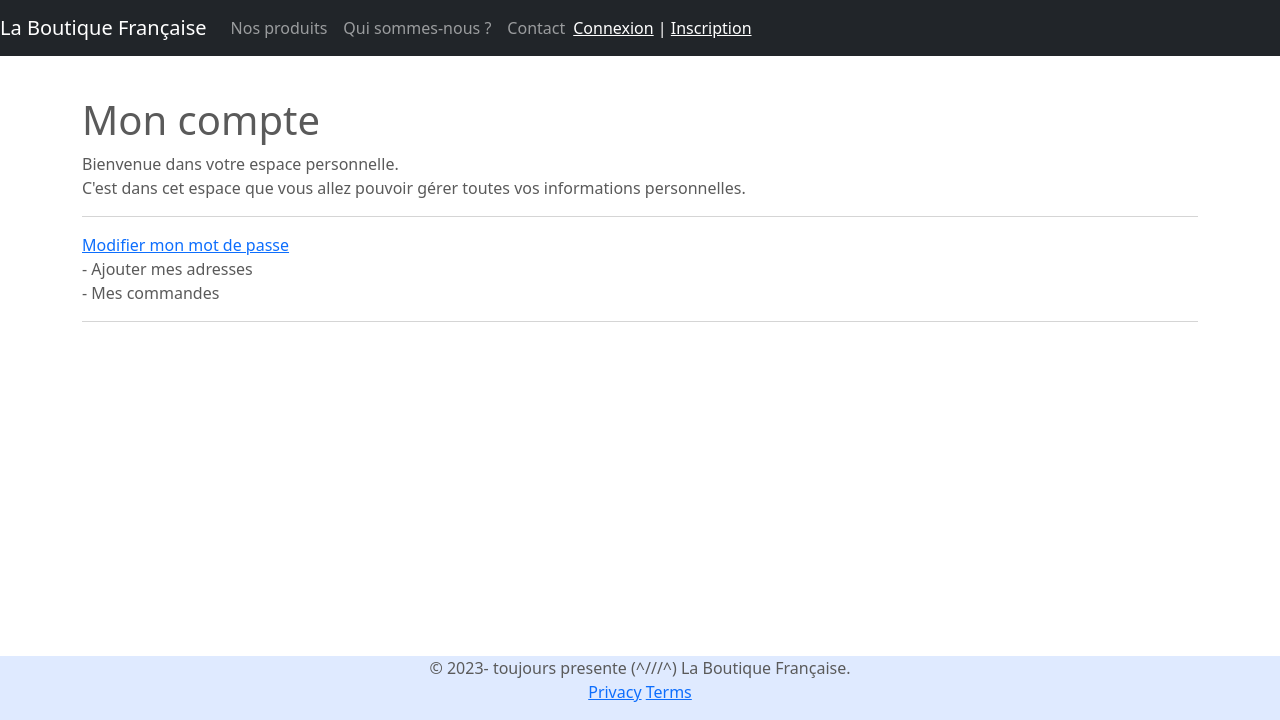
Repository: Coulibaly00180/laboutiquefrancaise
Page: templates/account/index.html.twig
These files come from the project's save history. The page is drawn as it stood at one moment and after the next save; the edit follows.
The browser window is 1280 px wide. The pictures show the whole page.
The page is a Twig template of a Symfony application; nobody is signed in and links lead nowhere. The template is opened directly, without the code that normally fills it, so the values that code supplies are empty.

Above is the page before, as saved 2023-03-03 17:54:43.

### templates/account/index.html.twig
{% extends 'base.html.twig' %}

{% block title %}Mon compte - La Boutique Française{% endblock %}

{% block content %}
    <h1>Mon compte</h1>
    Bienvenue {{ app.user.firstName}} dans votre espace personnelle. <br>
    C'est dans cet espace que vous allez pouvoir gérer toutes vos informations personnelles.<br>
    <hr>
    <a href="{{ path('app_account_password') }}">Modifier mon mot de passe</a> <br>
    -   Ajouter mes adresses<br>
    -   Mes commandes<br>
    <hr>
{% endblock %}

### templates/base.html.twig
<!doctype html>
<html lang="fr">
<head>
    <meta charset="utf-8">
    <meta name="viewport" content="width=device-width, initial-scale=1, shrink-to-fit=no">
    <meta name="description" content="">
    <meta name="author" content="Coulibaly Abdoulaye Christian">
    <meta name="generator" content="Jekyll v4.1.1">
    <title>{% block title %}La Boutique Française - 100% Made in French{% endblock %}</title>

    <!-- Bootstrap core CSS -->
    <link href="{{ asset('assets/css/bootstrap.min.css') }}" rel="stylesheet">
    <link href="{{ asset('assets/css/style.css') }}" rel="stylesheet">

    <style>
        .bd-placeholder-img {
            font-size: 1.125rem;
            text-anchor: middle;
            -webkit-user-select: none;
            -moz-user-select: none;
            -ms-user-select: none;
            user-select: none;
        }

        @media (min-width: 768px) {
            .bd-placeholder-img-lg {
                font-size: 3.5rem;
            }
        }
    </style>
    <!-- Custom styles for this template -->
    <link href="{{ asset('assets/css/carousel.css') }}" rel="stylesheet">
</head>
<body>
    <header>
        <nav class="navbar navbar-expand-md navbar-dark fixed-top bg-dark">
            <a class="navbar-brand" href="{{path('app_home') }}">La Boutique Française</a>
            <button class="navbar-toggler" type="button" data-toggle="collapse" data-target="#navbarCollapse" aria-controls="navbarCollapse" aria-expanded="false" aria-label="Toggle navigation">
                <span class="navbar-toggler-icon"></span>
            </button>
            <div class="collapse navbar-collapse" id="navbarCollapse">
                <ul class="navbar-nav mr-auto">
                    <li class="nav-item active">
                        <a class="nav-link" href="#">Nos produits</a>
                    </li>
                    <li class="nav-item">
                        <a class="nav-link" href="#">Qui sommes-nous ?</a>
                    </li>
                    <li class="nav-item">
                        <a class="nav-link" href="#">Contact</a>
                    </li>
                </ul>

                <div class="navbar-item-custom">
                    {% if app.user %}
                        <a href=" {{path('app_account') }}">Mon compte <small>( {{app.user.lastName}} )</small></a> | <a href=" {{ path('app_logout') }}">Déconnexion</a>
                    {% else %}
                        <a href=" {{ path('app_login') }}">Connexion</a> | <a href="{{ path('app_register') }}">Inscription</a>
                    {% endif %}
                </div>

            </div>
        </nav>
    </header>

    <main role="main">

        {% if block('carousel') is defined %}

        <div id="myCarousel" class="carousel slide" data-ride="carousel">
            <ol class="carousel-indicators">
                <li data-target="#myCarousel" data-slide-to="0" class="active"></li>
                <li data-target="#myCarousel" data-slide-to="1"></li>
                <li data-target="#myCarousel" data-slide-to="2"></li>
            </ol>
            <div class="carousel-inner">
                <div class="carousel-item active">
                    <svg class="bd-placeholder-img" width="100%" height="100%" xmlns="http://www.w3.org/2000/svg" preserveAspectRatio="xMidYMid slice" focusable="false" role="img"><rect width="100%" height="100%" fill="#777"/></svg>
                    <div class="container">
                        <div class="carousel-caption text-left">
                            <h1>Example headline.</h1>
                            <p>Cras justo odio, dapibus ac facilisis in, egestas eget quam. Donec id elit non mi porta gravida at eget metus. Nullam id dolor id nibh ultricies vehicula ut id elit.</p>
                            <p><a class="btn btn-lg btn-primary" href="#" role="button">Sign up today</a></p>
                        </div>
                    </div>
                </div>
                <div class="carousel-item">
                    <svg class="bd-placeholder-img" width="100%" height="100%" xmlns="http://www.w3.org/2000/svg" preserveAspectRatio="xMidYMid slice" focusable="false" role="img"><rect width="100%" height="100%" fill="#777"/></svg>
                    <div class="container">
                        <div class="carousel-caption">
                            <h1>Another example headline.</h1>
                            <p>Cras justo odio, dapibus ac facilisis in, egestas eget quam. Donec id elit non mi porta gravida at eget metus. Nullam id dolor id nibh ultricies vehicula ut id elit.</p>
                            <p><a class="btn btn-lg btn-primary" href="#" role="button">Learn more</a></p>
                        </div>
                    </div>
                </div>
                <div class="carousel-item">
                    <svg class="bd-placeholder-img" width="100%" height="100%" xmlns="http://www.w3.org/2000/svg" preserveAspectRatio="xMidYMid slice" focusable="false" role="img"><rect width="100%" height="100%" fill="#777"/></svg>
                    <div class="container">
                        <div class="carousel-caption text-right">
                            <h1>One more for good measure.</h1>
                            <p>Cras justo odio, dapibus ac facilisis in, egestas eget quam. Donec id elit non mi porta gravida at eget metus. Nullam id dolor id nibh ultricies vehicula ut id elit.</p>
                            <p><a class="btn btn-lg btn-primary" href="#" role="button">Browse gallery</a></p>
                        </div>
                    </div>
                </div>
            </div>
            <a class="carousel-control-prev" href="#myCarousel" role="button" data-slide="prev">
                <span class="carousel-control-prev-icon" aria-hidden="true"></span>
                <span class="sr-only">Previous</span>
            </a>
            <a class="carousel-control-next" href="#myCarousel" role="button" data-slide="next">
                <span class="carousel-control-next-icon" aria-hidden="true"></span>
                <span class="sr-only">Next</span>
            </a>
        </div>

        {% endif %}


        <!-- Marketing messaging and featurettes
        ================================================== -->
        <!-- Wrap the rest of the page in another container to center all the content. -->

        <div class="container marketing {% if block('carousel') is not defined %} mt-5 {% endif %}">

            {% block content %}

            {% endblock %}

        </div><!-- /.container -->

        <!-- FOOTER -->
        <footer class="footer-custom">
            <p>&copy; 2023- toujours presente (^///^) La Boutique Française. <br>
                <a href="#">Privacy</a> <a href="#">Terms</a>
            </p>
        </footer>
    </main>
    <script src="https://code.jquery.com/jquery-3.5.1.slim.min.js"></script>
    <script src="{{ asset('assets/js/bootstrap.bundle.js') }}"></script>
</body>
</html>

### public/assets/css/style.css
.navbar-item-custom, .navbar-item-custom a{
    color: #fff;
}

.footer-custom{
    text-align: center;
    position: absolute;
    bottom: 0;
    width: 100%;
    background-color: #dfeaff;
}

### public/assets/css/carousel.css
/* GLOBAL STYLES
-------------------------------------------------- */
/* Padding below the footer and lighter body text */

body {
    padding-top: 3rem;
    padding-bottom: 3rem;
    color: #5a5a5a;
}


/* CUSTOMIZE THE CAROUSEL
-------------------------------------------------- */

/* Carousel base class */
.carousel {
    margin-bottom: 4rem;
}
/* Since positioning the image, we need to help out the caption */
.carousel-caption {
    bottom: 3rem;
    z-index: 10;
}

/* Declare heights because of positioning of img element */
.carousel-item {
    height: 32rem;
}
.carousel-item > img {
    position: absolute;
    top: 0;
    left: 0;
    min-width: 100%;
    height: 32rem;
}


/* MARKETING CONTENT
-------------------------------------------------- */

/* Center align the text within the three columns below the carousel */
.marketing .col-lg-4 {
    margin-bottom: 1.5rem;
    text-align: center;
}
.marketing h2 {
    font-weight: 400;
}
.marketing .col-lg-4 p {
    margin-right: .75rem;
    margin-left: .75rem;
}


/* Featurettes
------------------------- */

.featurette-divider {
    margin: 5rem 0; /* Space out the Bootstrap <hr> more */
}

/* Thin out the marketing headings */
.featurette-heading {
    font-weight: 300;
    line-height: 1;
    letter-spacing: -.05rem;
}


/* RESPONSIVE CSS
-------------------------------------------------- */

@media (min-width: 40em) {
    /* Bump up size of carousel content */
    .carousel-caption p {
        margin-bottom: 1.25rem;
        font-size: 1.25rem;
        line-height: 1.4;
    }

    .featurette-heading {
        font-size: 50px;
    }
}

@media (min-width: 62em) {
    .featurette-heading {
        margin-top: 7rem;
    }
}

Loaded but not shown: public/assets/css/bootstrap.min.css (library); public/assets/js/bootstrap.bundle.js (library)

After the next save:
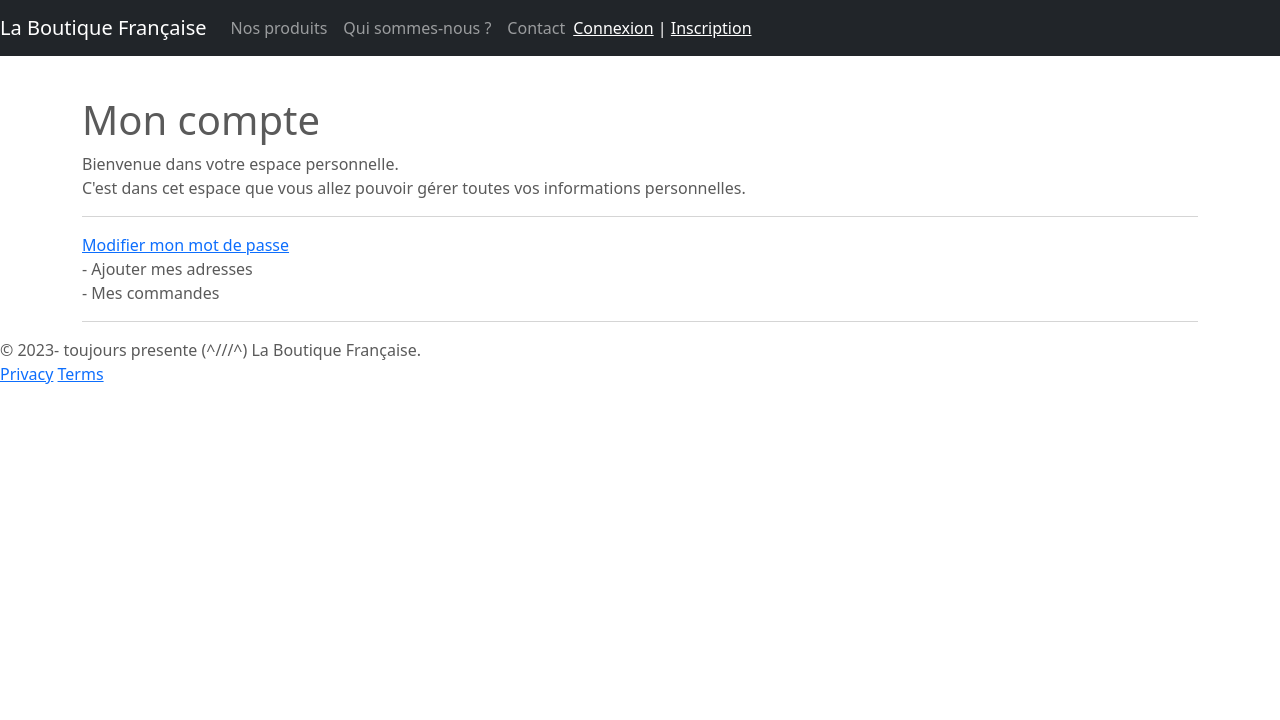
Saved 16 s later.
--- a/templates/base.html.twig
+++ b/templates/base.html.twig
@@ -131,7 +131,7 @@
         </div><!-- /.container -->
 
         <!-- FOOTER -->
-        <footer class="footer-custom">
+        <footer class="footer-custom-t">
             <p>&copy; 2023- toujours presente (^///^) La Boutique Française. <br>
                 <a href="#">Privacy</a> <a href="#">Terms</a>
             </p>

After the save that followed:
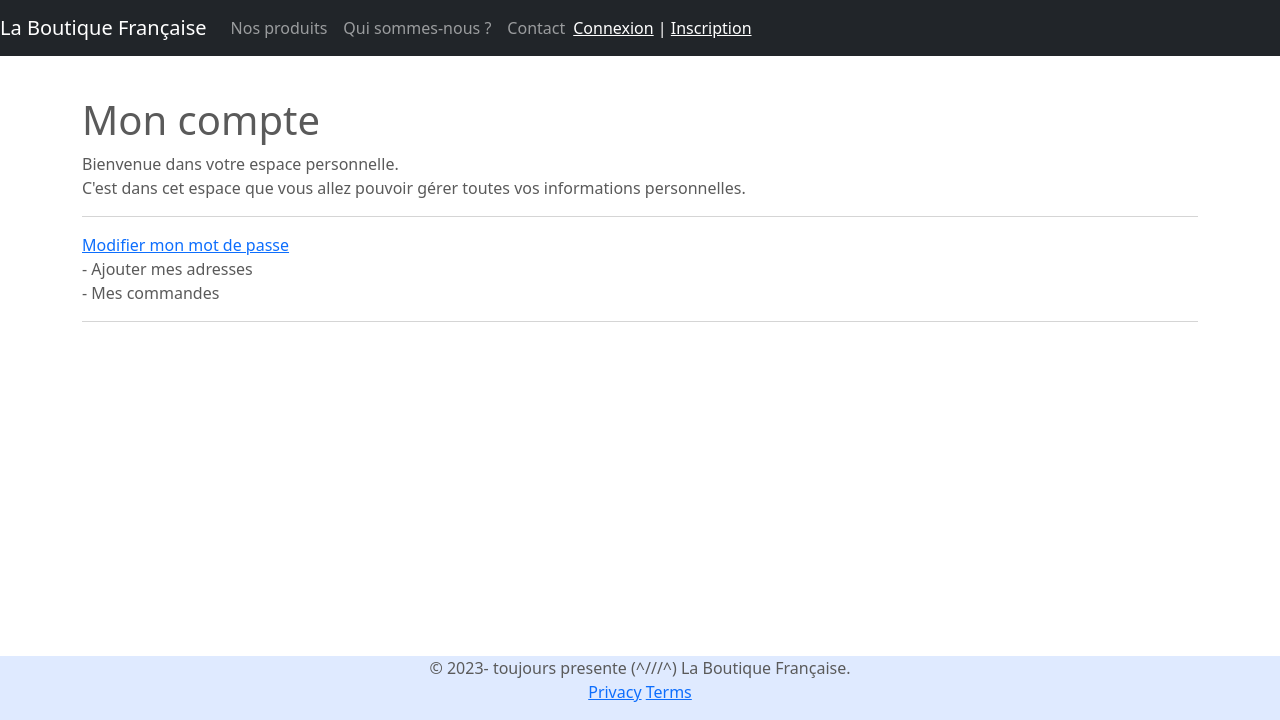
Saved 7 s later.
--- a/public/assets/css/style.css
+++ b/public/assets/css/style.css
@@ -2,7 +2,7 @@
     color: #fff;
 }
 
-.footer-custom{
+.footer-custom-t{
     text-align: center;
     position: absolute;
     bottom: 0;
